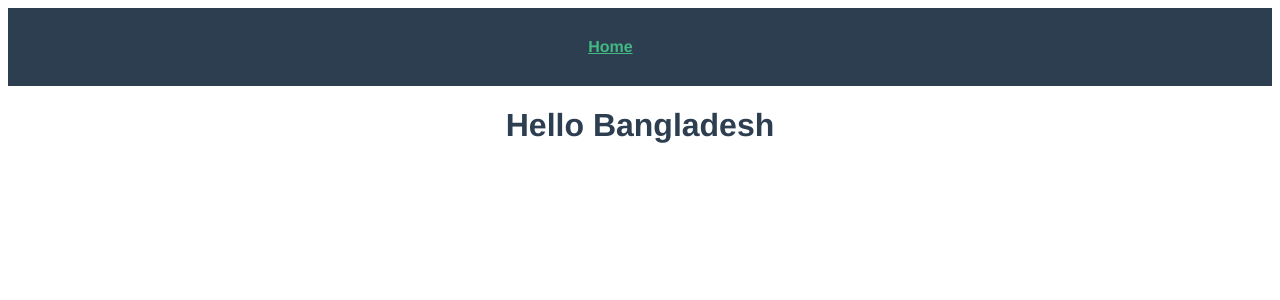
Repository: arif286/PokeDex-website
Page: /
These files come from the project's save history. The page is drawn as it stood at one moment and after the next save; the edit follows.
The browser window is 1280 px wide. The pictures show the whole page.
The project was rebuilt for these pictures with package versions that can differ from the ones it lists, and the page was loaded fresh each time.

Above is the page before, as saved 2021-06-02 20:31:29.

### src/App.vue
<template>
  <div id="nav">
    <router-link to="/">Home</router-link> |
    <router-link to="/about">About</router-link>
  </div>
  <router-view/>
</template>

<style>
#app {
  font-family: Avenir, Helvetica, Arial, sans-serif;
  -webkit-font-smoothing: antialiased;
  -moz-osx-font-smoothing: grayscale;
  text-align: center;
  color: #2c3e50;
}

#nav {
  padding: 30px;
  background-color: #2c3e50;
}

#nav a {
  font-weight: bold;
  color: #2c3e50;
}

#nav a.router-link-exact-active {
  color: #42b983;
}
</style>

### src/views/Home.vue
<template>
  <div class="home">
    <h1>Hello {{title}}</h1>
  </div>
</template>

<script>
// @ is an alias to /src

export default {
  name: 'Home',
  // components: {
  //   HelloWorld
  // }
  data(){
    return{
      title: 'Bangladesh'
    }
  },
  }
</script>

Loaded but not shown: public/index.html (common file); src/main.js (common file); src/router/index.js (common file)

After the next save:
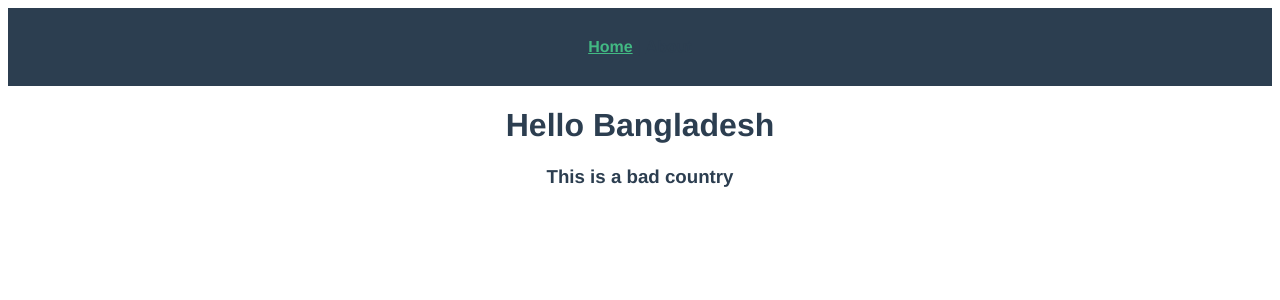
Saved 5 min 22 s later.
--- a/src/views/Home.vue
+++ b/src/views/Home.vue
@@ -1,6 +1,7 @@
 <template>
   <div class="home">
     <h1>Hello {{title}}</h1>
+    <h3 v-text="text"></h3>
   </div>
 </template>
 
@@ -14,7 +15,8 @@ export default {
   // }
   data(){
     return{
-      title: 'Bangladesh'
+      title: 'Bangladesh',
+      text: 'This is a bad country'
     }
   },
   }
